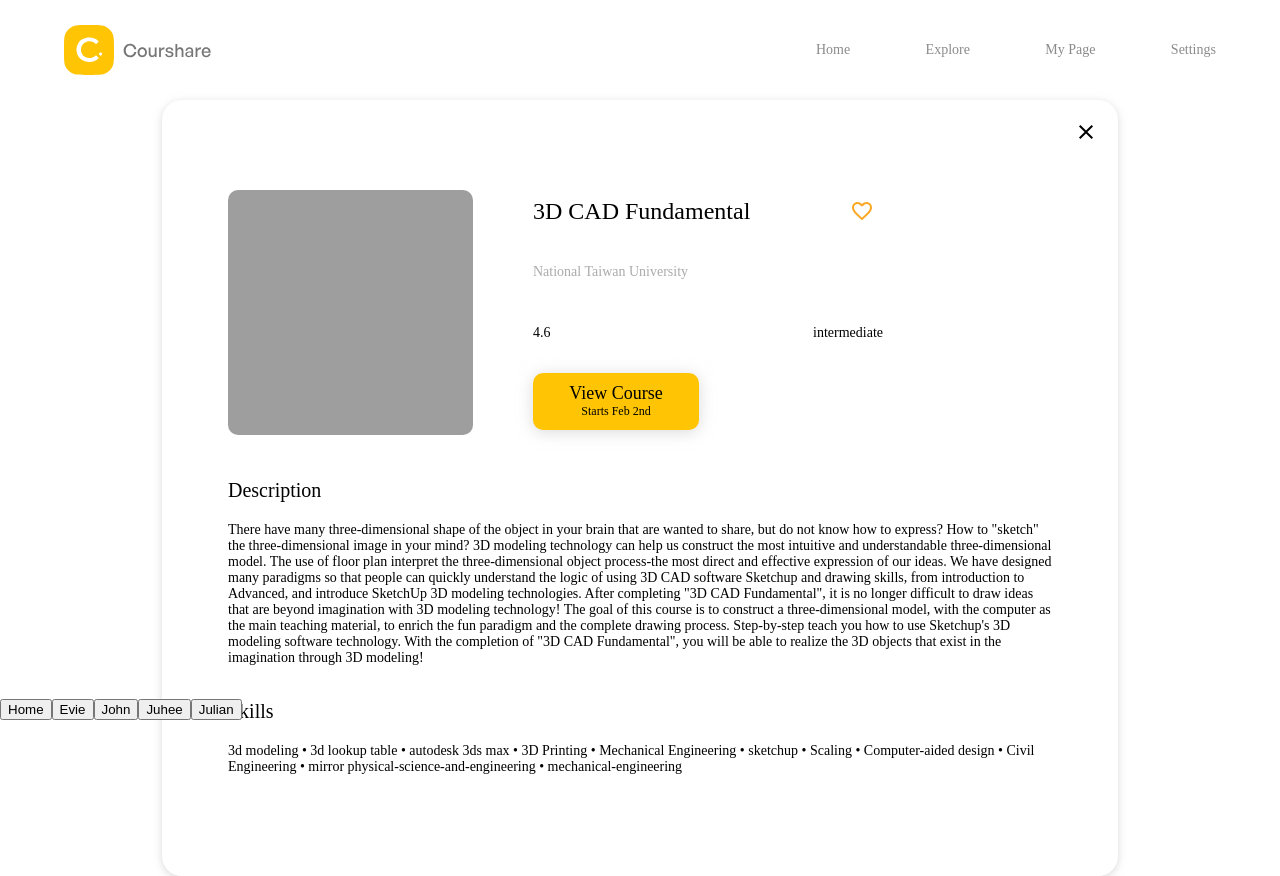
Repository: julianm09/courshare-app
Page: /comps/juhee
The author's editor kept a copy of each file at every save. The page is drawn from the files as they stood at one save, then again after the next save.
The browser window is 1280 px wide. The pictures show the whole page.
Pictures or frames that could not be fetched are drawn as grey boxes. The project was rebuilt for these pictures with package versions that can differ from the ones it lists, and the page was loaded fresh each time. The framework's server and built-in components were replaced by stand-ins that run in the browser. Also part of the build but not shown: next.config.js.

Above is the page before, as saved 2022-02-07 15:09:09.

After the next save:
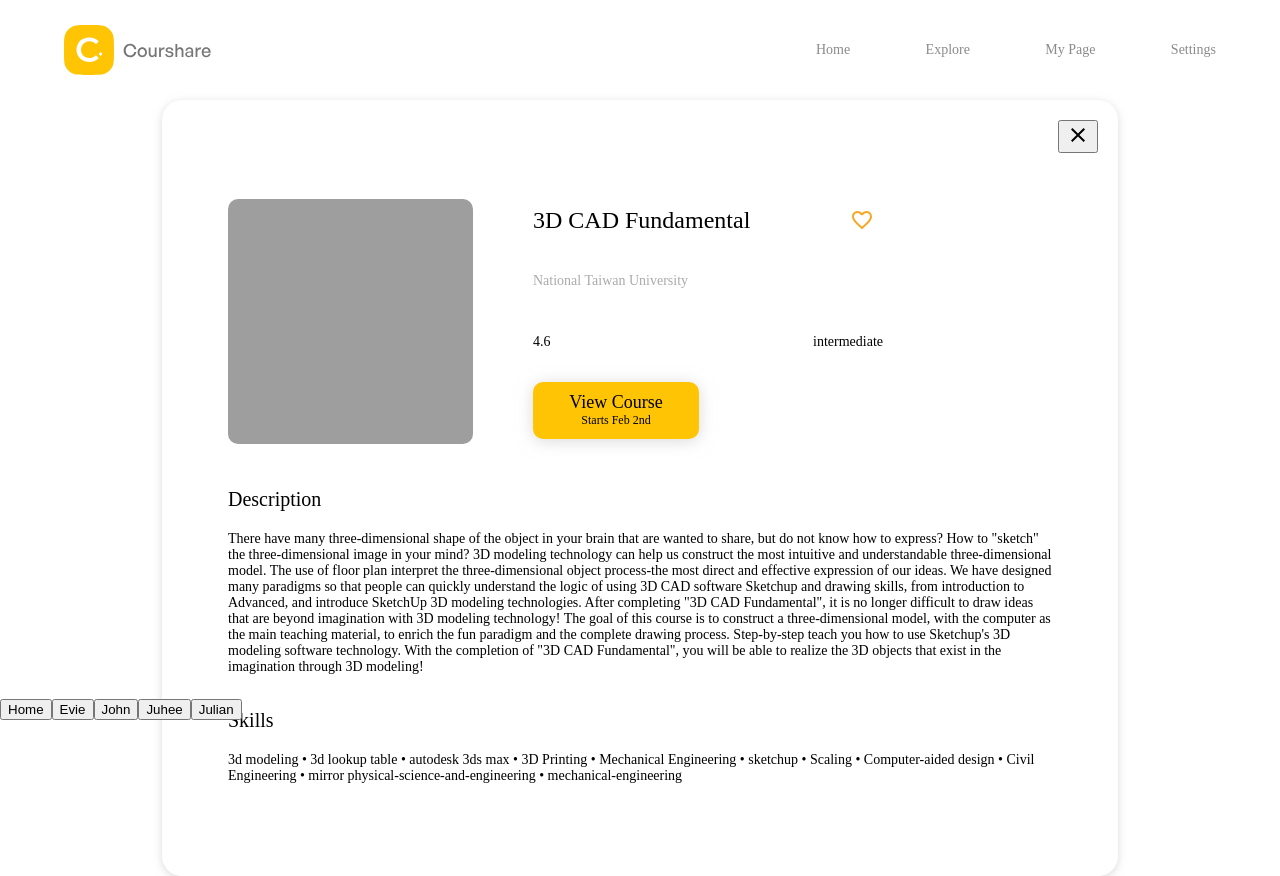
Saved 54 s later.
--- a/components/CourseDetailCard.js
+++ b/components/CourseDetailCard.js
@@ -89,7 +89,9 @@ export default function CourseDetailCard({
   return (
     <BigCont>
       <ButtonCont>
-        <CloseIcon />
+        <button>
+          <CloseIcon />
+        </button>
       </ButtonCont>
       <ContentCont>
         <FristCont>
